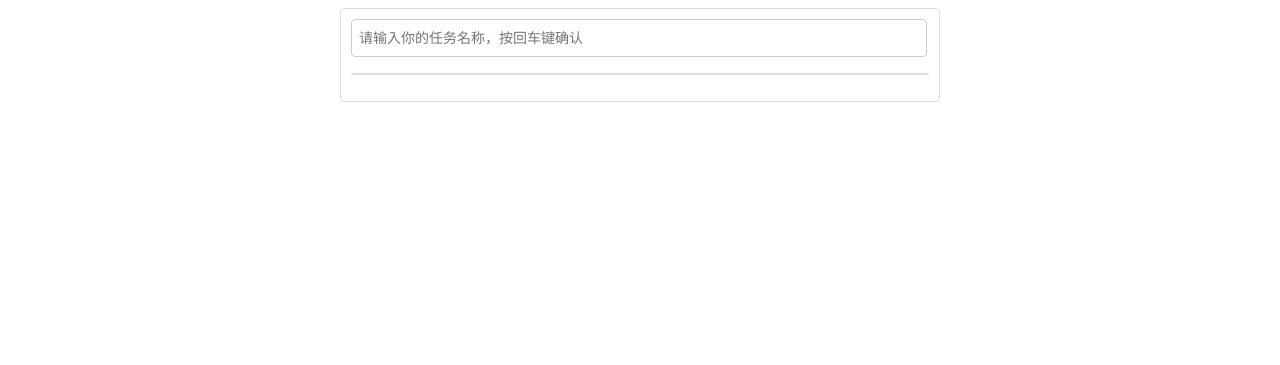
Repository: WAY-C/TodoListAPP
Page: / (app in todo_list_V2.0/)
These files come from the project's save history. The page is drawn as it stood at one moment and after the next save; the edit follows.
The browser window is 1280 px wide. The pictures show the whole page.
The project was rebuilt for these pictures with package versions that can differ from the ones it lists, and the page was loaded fresh each time. Also part of the build but not shown: todo_list_V2.0/src/components/TodoItem.vue.

Above is the page before, as saved 2021-09-10 17:06:26.

After the next save:
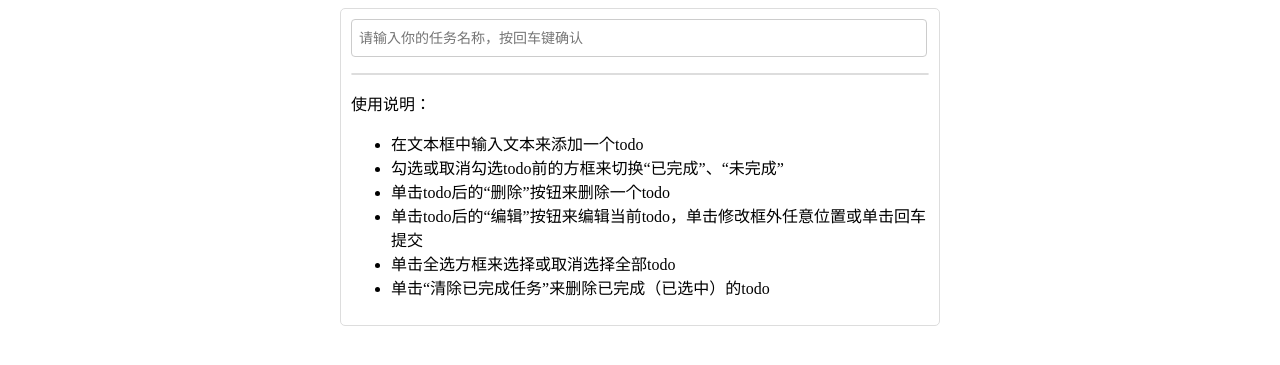
Saved 7 min 52 s later.
--- a/todo_list_V2.0/src/App.vue
+++ b/todo_list_V2.0/src/App.vue
@@ -10,6 +10,13 @@
           :checkAllTodo="checkAllTodo"
           :clearAllTodo="clearAllTodo"
         />
+        <p>使用说明：<ul>
+          <li>在文本框中输入文本来添加一个todo</li>
+        <li>勾选或取消勾选todo前的方框来切换“已完成”、“未完成”</li>
+        <li>单击todo后的“删除”按钮来删除一个todo</li>
+        <li>单击todo后的“编辑”按钮来编辑当前todo，单击修改框外任意位置或单击回车提交</li>
+        <li>单击全选方框来选择或取消选择全部todo</li>
+        <li>单击“清除已完成任务”来删除已完成（已选中）的todo</li></ul></p>
       </div>
     </div>
   </div>
